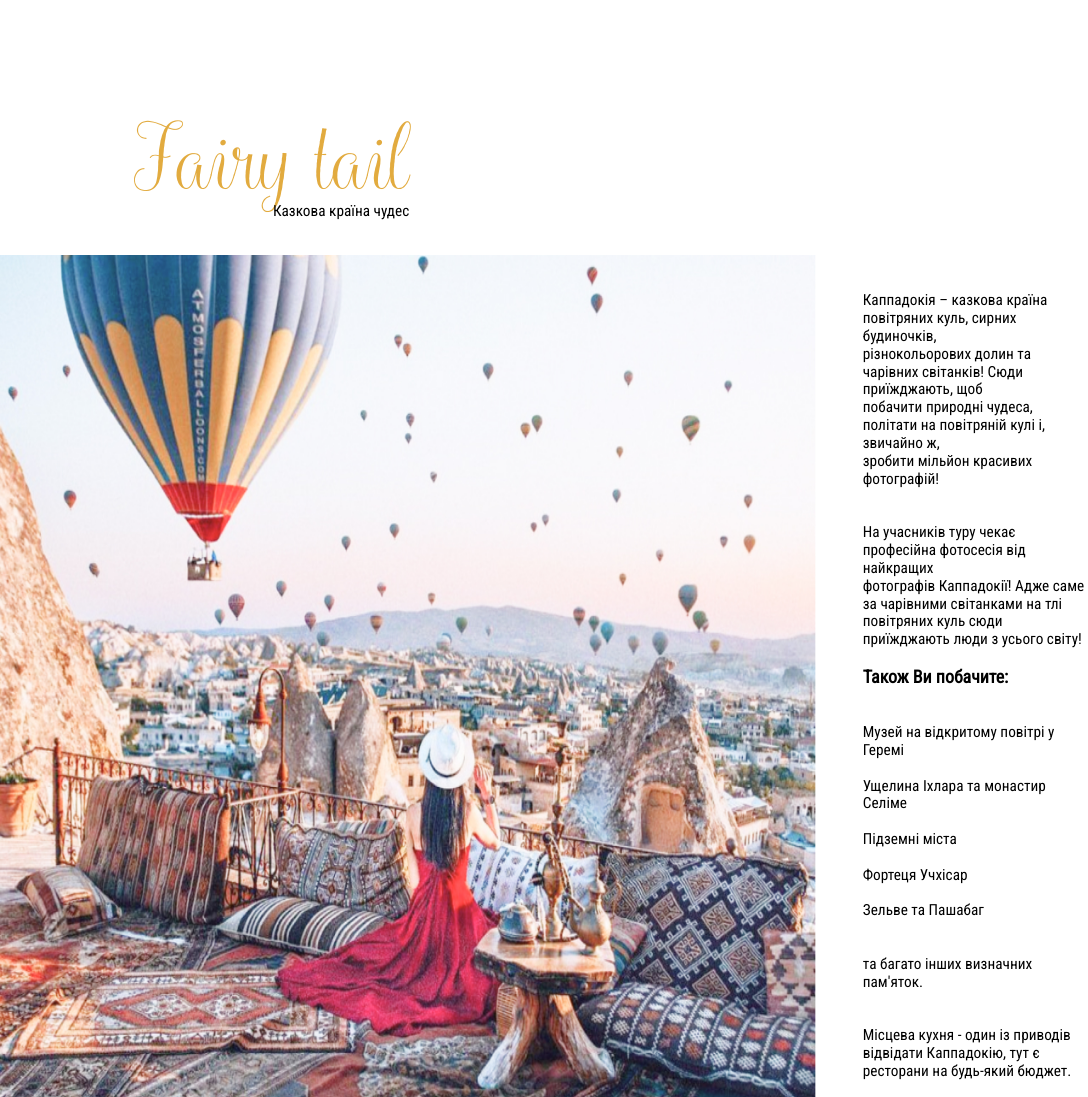
Repository: KYUUBI-K/cappadocia
Page: index.html
An editor plug-in stored every save of this project. The page is shown before and after a run of saves, followed by the edit.
The browser window is 1280 px wide. The pictures show the part of the page from y = 720 to 2011 px (the page is 2011 px tall), at 85% of full size.

Above is the page before, as saved 2025-08-17 19:29:19.

### index.html
<!DOCTYPE html>
<html lang="en">
  <head>
    <meta charset="UTF-8" />
    <meta name="viewport" content="width=device-width, initial-scale=1.0" />
    <title>Cappadocia</title>
    <link rel="stylesheet" href="./styles.css" />
  </head>
  <body>
    <header class="header">
      <nav class="header-menu">
        <ul class="header-menu-list">
          <li class="header-menu-item">
            <a class="header-menu-link" href="#route">Маршрут</a>
          </li>
          <li class="header-menu-item">
            <a class="header-menu-link" href="#hotel">Готель</a>
          </li>
          <li class="header-menu-item">
            <a class="header-menu-link" href="#price">Вартість</a>
          </li>
        </ul>
        <div class="telephone">
          <svg
            class="phone-icon"
            width="30"
            height="30"
            viewBox="0 0 30 30"
            fill="none"
            xmlns="http://www.w3.org/2000/svg"
          >
            <g clip-path="url(#clip0_31_0)">
              <path
                d="M23.7091 18.5839C23.0949 17.9444 22.3541 17.6025 21.569 17.6025C20.7902 17.6025 20.0431 17.9381 19.4036 18.5776L17.4027 20.5721C17.2381 20.4835 17.0735 20.4011 16.9152 20.3188C16.6873 20.2049 16.472 20.0972 16.2884 19.9832C14.4142 18.7929 12.7109 17.2416 11.0774 15.2345C10.2859 14.2341 9.75404 13.3919 9.36781 12.5372C9.88701 12.0623 10.3682 11.5684 10.8368 11.0935C11.0141 10.9162 11.1913 10.7326 11.3686 10.5553C12.6983 9.22568 12.6983 7.50346 11.3686 6.1738L9.64007 4.44525C9.44379 4.24896 9.24117 4.04635 9.05122 3.84373C8.67132 3.45117 8.27242 3.04594 7.86086 2.66604C7.24669 2.05819 6.51221 1.73528 5.73974 1.73528C4.96727 1.73528 4.22013 2.05819 3.58696 2.66604C3.58063 2.67237 3.58063 2.67237 3.5743 2.6787L1.42152 4.85047C0.61106 5.66093 0.148846 6.64868 0.0475384 7.79472C-0.104423 9.64358 0.440104 11.3658 0.857997 12.4928C1.88373 15.2598 3.41601 17.8241 5.70175 20.5721C8.47504 23.8836 11.8118 26.4986 15.6235 28.3411C17.0798 29.0313 19.0237 29.848 21.1954 29.9873C21.3284 29.9937 21.4677 30 21.5943 30C23.057 30 24.2853 29.4745 25.2477 28.4297C25.2541 28.4171 25.2667 28.4107 25.2731 28.3981C25.6023 27.9992 25.9822 27.6383 26.3811 27.252C26.6534 26.9924 26.932 26.7202 27.2042 26.4353C27.8311 25.7831 28.1603 25.0233 28.1603 24.2445C28.1603 23.4594 27.8247 22.7059 27.1852 22.0727L23.7091 18.5839ZM25.9759 25.2512C25.9695 25.2512 25.9695 25.2576 25.9759 25.2512C25.7289 25.5172 25.4757 25.7578 25.2034 26.0237C24.7918 26.4163 24.374 26.8278 23.9814 27.29C23.3419 27.9739 22.5884 28.2968 21.6007 28.2968C21.5057 28.2968 21.4044 28.2968 21.3094 28.2904C19.4289 28.1701 17.6813 27.4357 16.3707 26.8088C12.7869 25.0739 9.64007 22.6109 7.02508 19.4894C4.86597 16.887 3.42234 14.481 2.46625 11.8977C1.8774 10.3211 1.66212 9.09272 1.7571 7.93401C1.82042 7.19321 2.10534 6.57903 2.63087 6.0535L4.78999 3.89439C5.10024 3.60313 5.42949 3.44484 5.75241 3.44484C6.1513 3.44484 6.47422 3.68544 6.67683 3.88806C6.68317 3.89439 6.6895 3.90072 6.69583 3.90705C7.08206 4.26796 7.4493 4.64153 7.83554 5.04043C8.03182 5.24304 8.23443 5.44565 8.43705 5.6546L10.1656 7.38316C10.8368 8.05432 10.8368 8.67482 10.1656 9.34599C9.98198 9.5296 9.8047 9.71322 9.62108 9.89051C9.08921 10.435 8.58268 10.9416 8.03182 11.4354C8.01916 11.4481 8.00649 11.4544 8.00016 11.4671C7.45563 12.0116 7.55694 12.5435 7.67091 12.9044C7.67724 12.9234 7.68358 12.9424 7.68991 12.9614C8.13946 14.0504 8.77263 15.0762 9.73505 16.2982L9.74138 16.3045C11.4889 18.4573 13.3315 20.1352 15.3639 21.4205C15.6235 21.5852 15.8895 21.7181 16.1427 21.8448C16.3707 21.9587 16.586 22.0664 16.7696 22.1804C16.7949 22.193 16.8202 22.212 16.8456 22.2247C17.0608 22.3323 17.2634 22.383 17.4724 22.383C17.9979 22.383 18.3272 22.0537 18.4348 21.9461L20.6003 19.7806C20.8155 19.5654 21.1574 19.3058 21.5563 19.3058C21.9489 19.3058 22.2718 19.5527 22.4681 19.768C22.4744 19.7743 22.4744 19.7743 22.4808 19.7806L25.9695 23.2694C26.6217 23.9152 26.6217 24.5801 25.9759 25.2512Z"
                fill="black"
              />
              <path
                d="M16.2124 7.13621C17.8713 7.41481 19.3782 8.19994 20.5813 9.40296C21.7843 10.606 22.5631 12.1129 22.848 13.7718C22.9176 14.1897 23.2786 14.481 23.6901 14.481C23.7408 14.481 23.7851 14.4747 23.8357 14.4683C24.3043 14.3923 24.6145 13.9491 24.5386 13.4806C24.1966 11.4734 23.2469 9.64357 21.7969 8.19361C20.347 6.74365 18.5171 5.79389 16.51 5.45198C16.0414 5.376 15.6045 5.68625 15.5222 6.14847C15.4399 6.61068 15.7438 7.06023 16.2124 7.13621Z"
                fill="black"
              />
              <path
                d="M29.9654 13.2337C29.4019 9.92851 27.8443 6.92095 25.4509 4.52757C23.0575 2.13418 20.05 0.576584 16.7448 0.0130621C16.2826 -0.0692501 15.8457 0.247335 15.7634 0.70955C15.6874 1.1781 15.9977 1.61498 16.4662 1.6973C19.4168 2.1975 22.1078 3.59681 24.2479 5.73059C26.388 7.87071 27.781 10.5617 28.2812 13.5123C28.3508 13.9302 28.7117 14.2214 29.1233 14.2214C29.1739 14.2214 29.2183 14.2151 29.2689 14.2087C29.7311 14.1391 30.0477 13.6959 29.9654 13.2337Z"
                fill="black"
              />
            </g>
            <defs>
              <clipPath id="clip0_31_0">
                <rect width="30" height="30" fill="white" />
              </clipPath>
            </defs>
          </svg>
          <span class="number-text">+38(066)555-777-6</span>
        </div>
      </nav>
      <div class="main-title">
        <h1 class="main-title-text">Cappadocia</h1>
        <p class="main-subtitle-text">Ексклюзивний тур</p>
      </div>
    </header>

    <section class="about">
      <div class="section-title">
        <h2 class="section-title-text">Fairy tail</h2>
        <p class="section-subtitle-text">Казкова країна чудес</p>
      </div>

      <div class="about-content">
        <img
          src="./images/Rectangle-about.jpg"
          alt="Hot air balloon"
          class="about-img"
        />
        <aside class="about-text">
          <p>
            Каппадокія – казкова країна повітряних куль, сирних будиночків,
            різнокольорових долин та чарівних світанків! Сюди приїжджають, щоб
            побачити природні чудеса, політати на повітряній кулі і, звичайно ж,
            зробити мільйон красивих фотографій!
          </p>
          <p>
            На учасників туру чекає професійна фотосесія від найкращих
            фотографів Каппадокії! Адже саме за чарівними світанками на тлі
            повітряних куль сюди приїжджають люди з усього світу!
          </p>
          <h3>Також Ви побачите:</h3>
          <ul>
            <li>Музей на відкритому повітрі у Геремі</li>
            <li>Ущелина Іхлара та монастир Селіме</li>
            <li>Підземні міста</li>
            <li>Фортеця Учхісар</li>
            <li>Зельве та Пашабаг</li>
          </ul>
          <p>та багато інших визначних пам'яток.</p>
          <p>
            Місцева кухня - один із приводів відвідати Каппадокію, тут є
            ресторани на будь-який бюджет.
          </p>
        </aside>
      </div>
    </section>
  </body>
</html>

### styles.css
@font-face {
  font-family: "Roboto Condensed";
  src: url("./fonts/RobotoCondensed-Light.woff2") format("woff2");
  font-weight: 300;
  font-style: normal;
  font-display: swap;
}

@font-face {
  font-family: "Roboto Condensed";
  src: url("./fonts/RobotoCondensed-Regular.woff2") format("woff2");
  font-weight: 400;
  font-style: normal;
  font-display: swap;
}

@font-face {
  font-family: "Balqis";
  src: url("./fonts/Balqis.woff2") format("woff2");
  font-weight: 400;
  font-style: normal;
  font-display: swap;
}

:root {
  --color-dark: #000000;
  --color-light: #ffffff;
  --color-gray: #e5e5e5;
  --color-orange: #e2ab3f;

  --border: 1px solid var(--color-orange);

  --font-family-base: "Roboto Condensed", sans-serif;
  --font-family-accent: "Balqis", sans-serif;

  --input-height: 50px;
}

li {
  list-style: none;
}
* {
  margin: 0;
  padding: 0;
  box-sizing: border-box;
}
body {
  font-size: 18px;
  font-family: var(--font-family-base);
  background-color: var(--color-light);
  color: var(--color-dark);
}

.header {
  min-height: 100svh;
  position: relative;
  background: url("./images/Rectangle.jpg") no-repeat center center;
  background-size: cover;
  background-position: center;
  text-align: center;
  margin-bottom: 200px;
}

.header-menu {
  display: flex;
  justify-content: space-evenly;
  align-items: center;
  font-family: var(--font-family-base);
  font-size: 24px;
  font-weight: 400;
  padding-top: 72px;
}
.header-menu-list {
  display: flex;
  column-gap: 45px;
}
.header-menu-link {
  text-decoration: none;
  color: inherit;
}
.telephone {
  display: flex;
  align-items: center;
  column-gap: 10px;
}

.main-title {
  display: flex;
  position: absolute;
  top: 50%;
  left: 50%;
  transform: translate(-50%, -50%);
  text-align: center;
  align-items: flex-end;
  flex-direction: column;
}

.main-title-text {
  font-family: var(--font-family-accent);
  font-size: 250px;
  font-weight: 400;
  line-height: 1;
}

.main-subtitle-text {
  font-size: 56px;
  font-weight: 300;
  line-height: 0;
}

@media (max-width: 1040px) {
  .main-title-text {
    font-size: 150px;
  }
  .main-subtitle-text {
    font-size: 46px;
  }
}

@media (max-width: 830px) {
  .header-menu {
    padding-top: 40px;
  }

  .header-menu-list {
    column-gap: 35px;
  }
  .main-title-text {
    font-size: 150px;
  }
  .main-subtitle-text {
    font-size: 36px;
  }
}

@media (max-width: 630px) {
  .header-menu {
    font-size: 18px;
  }
  .header-menu-list {
    column-gap: 20px;
  }
  .telephone {
    column-gap: 5px;
  }
  .phone-icon {
    width: 18px;
    height: 18px;
  }
  .main-title-text {
    font-size: 100px;
  }
  .main-subtitle-text {
    font-size: 26px;
  }
}

@media (max-width: 450px) {
  .header-menu {
    font-size: 15px;
  }
  .header-menu-list {
    column-gap: 15px;
  }
  .telephone {
    column-gap: 3px;
  }
  .phone-icon {
    width: 15px;
    height: 15px;
  }
  .main-title-text {
    font-size: 50px;
  }
  .main-subtitle-text {
    font-size: 15px;
  }
}

.section-title {
  transform: translate(-50%, -50%);

  position: absolute;

  left: 25%;
  display: flex;
  text-align: center;
  align-items: flex-end;
  flex-direction: column;
}
.section-title-text {
  font-family: var(--font-family-accent);
  font-size: 96px;
  font-weight: 400;
  color: var(--color-orange);
  line-height: 1;
}

.section-subtitle {
  display: flex;
  align-self: flex-end;
  font-size: 24px;
  font-weight: 300;
  line-height: 0;
}

.about-content {
  padding-top: 100px;
  position: relative;
  display: flex;
  column-gap: 55px;
}
.about-text {
  white-space: pre-line;
}

After the next 2 saves:
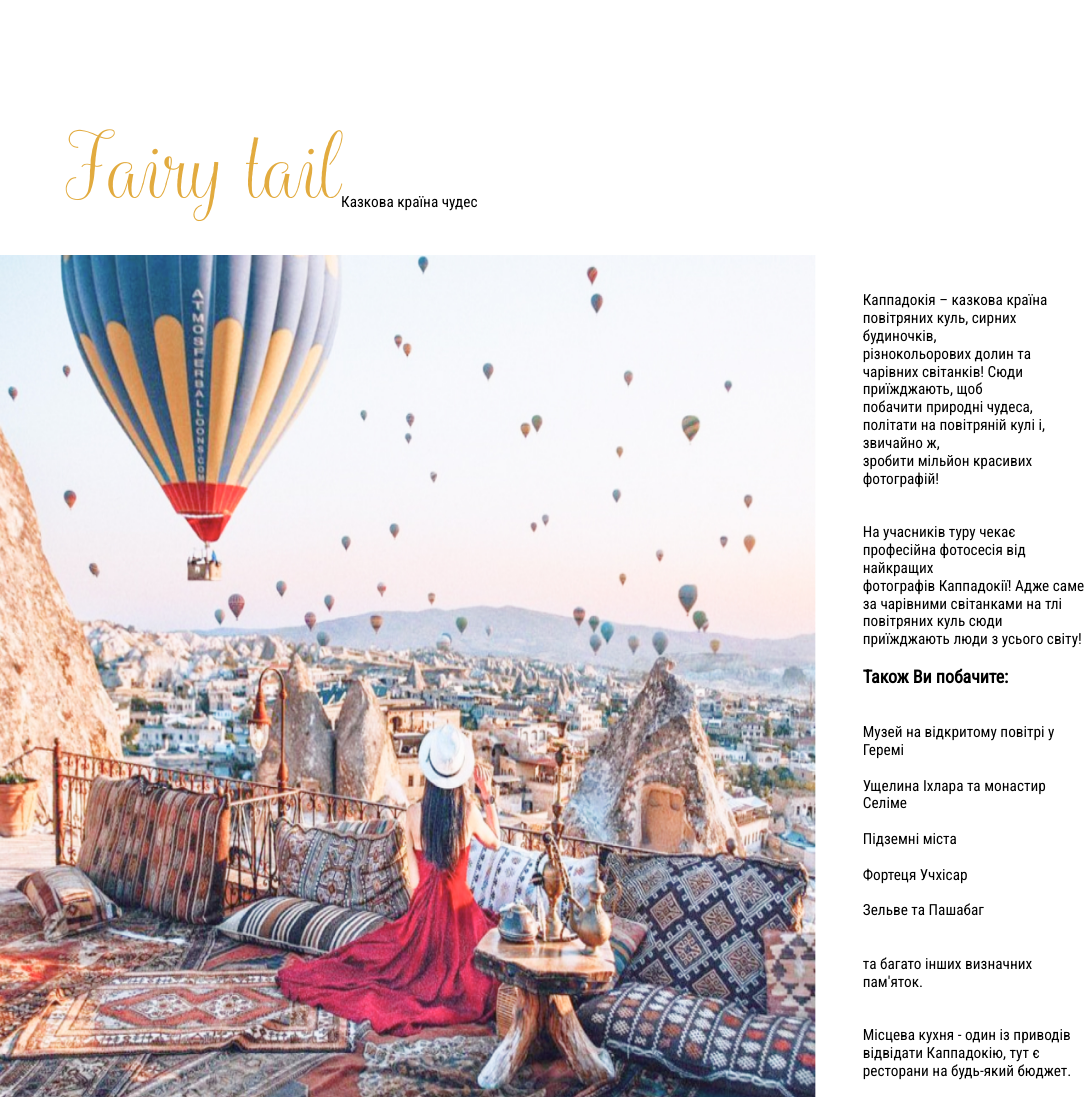
The 2 saves are shown as one change because they came seconds apart.
The last was saved 8 s later.
--- a/styles.css
+++ b/styles.css
@@ -184,9 +184,8 @@
 
   left: 25%;
   display: flex;
-  text-align: center;
   align-items: flex-end;
-  flex-direction: column;
+  /* flex-direction: column; */
 }
 .section-title-text {
   font-family: var(--font-family-accent);

After the save that followed:
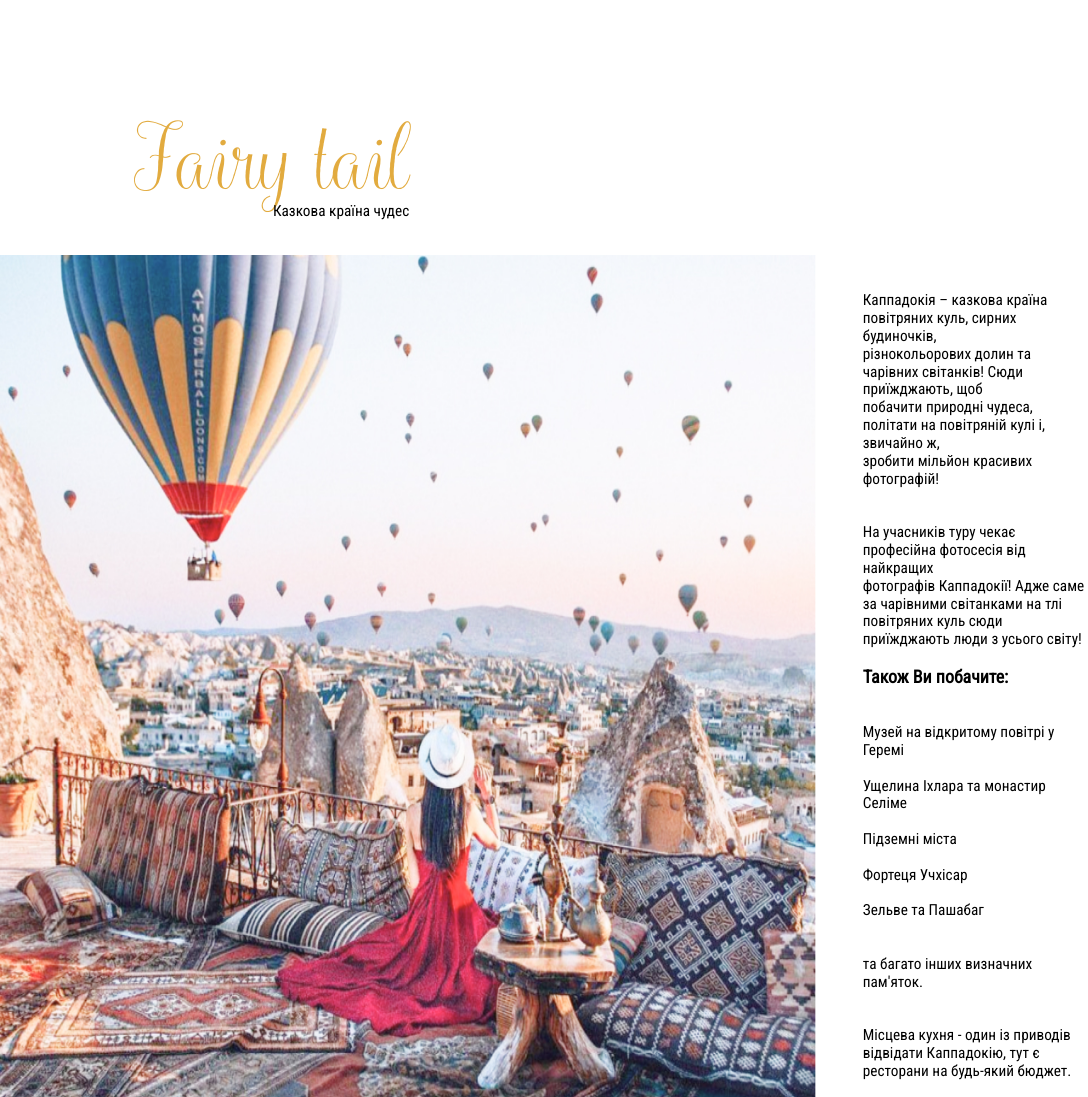
Saved 6 s later.
--- a/styles.css
+++ b/styles.css
@@ -185,7 +185,7 @@
   left: 25%;
   display: flex;
   align-items: flex-end;
-  /* flex-direction: column; */
+  flex-direction: column;
 }
 .section-title-text {
   font-family: var(--font-family-accent);
